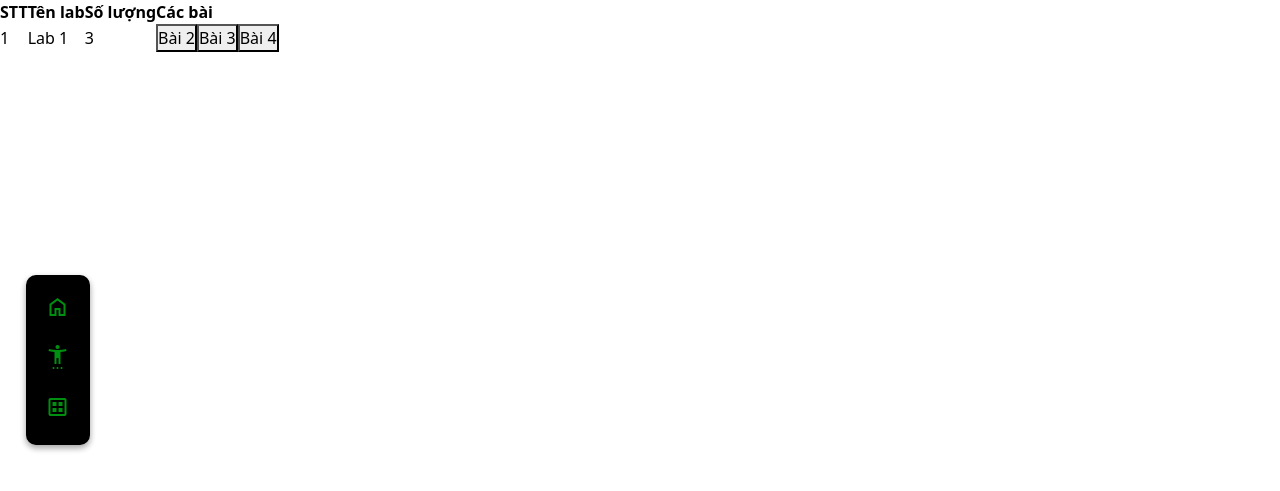
Repository: tuankiet10920/homeworkFEF
Page: /labs
The author's editor kept a copy of each file at every save. The page is drawn from the files as they stood at one save, then again after the next save.
The browser window is 1280 px wide. The pictures show the whole page.
The project was rebuilt for these pictures with package versions that can differ from the ones it lists, and the page was loaded fresh each time. Also part of the build but not shown: vite.config.js, src/components/HelloWorld.vue, src/Labs/Lab1/Bai2.vue, src/views/HomeView.vue.

Above is the page before, as saved 2024-10-22 17:26:48.

### index.html
<!doctype html>
<html lang="en">
  <head>
    <meta charset="UTF-8" />
    <link rel="icon" href="/favicon.ico" />
    <meta name="viewport" content="width=device-width, initial-scale=1.0" />
    <link
      href="https://cdn.jsdelivr.net/npm/bootstrap@5.3.3/dist/css/bootstrap.min.css"
      rel="stylesheet"
      integrity="sha384-QWTKZyjpPEjISv5WaRU9OFeRpok6YctnYmDr5pNlyT2bRjXh0JMhjY6hW+ALEwIH"
      crossorigin="anonymous"
    />
    <link
      rel="stylesheet"
      href="https://fonts.googleapis.com/css2?family=Material+Symbols+Outlined:opsz,wght,FILL,GRAD@20..48,100..700,0..1,-50..200"
    />
    <title>Vite App</title>
    <link rel="stylesheet" href="./src/assets/css/main.css" />
  </head>
  <body>
    <div id="app"></div>
    <script
      src="https://cdn.jsdelivr.net/npm/bootstrap@5.3.3/dist/js/bootstrap.bundle.min.js"
      integrity="sha384-YvpcrYf0tY3lHB60NNkmXc5s9fDVZLESaAA55NDzOxhy9GkcIdslK1eN7N6jIeHz"
      crossorigin="anonymous"
    ></script>
    <script type="module" src="/src/main.js"></script>
  </body>
</html>

### src/assets/css/main.css
* {
  margin: 0;
  padding: 0;
  box-sizing: border-box;
  text-decoration: none;
  color: #000;
  font-size: 16px;
}

### src/App.vue
<script setup>
import { RouterLink, RouterView } from 'vue-router'
import HelloWorld from './components/HelloWorld.vue'
import Icon from './components/Icon.vue'
</script>

<template>
  <header>
    <div class="wrapper">
      <nav>
        <RouterLink to="/">
          <Icon iconName="home" />
        </RouterLink>

        <RouterLink to="/about">
          <Icon iconName="settings_accessibility" />
        </RouterLink>

        <RouterLink to="/labs">
          <Icon iconName="dataset" />
        </RouterLink>
      </nav>
    </div>
  </header>
  <RouterView />
</template>

<style scoped>
.wrapper nav a {
  margin-bottom: 20px;
  width: fit-content;
  text-decoration: none;
}
.wrapper nav a span {
  color: #009011;
}
.wrapper nav a:last-child {
  margin-bottom: 0;
}
nav {
  display: flex;
  flex-direction: column;
  justify-content: center;
  position: absolute;
  top: 50%;
  left: 2%;
  transform: translateY(-50%);
  padding: 20px;
  border-radius: 10px;
  background: #000;
  box-shadow:
    rgba(0, 0, 0, 0.16) 0px 3px 6px,
    rgba(0, 0, 0, 0.23) 0px 3px 6px;
}
</style>

### src/router/index.js
import { createRouter, createWebHistory } from 'vue-router'
import HomeView from '../views/HomeView.vue'

const router = createRouter({
  history: createWebHistory(import.meta.env.BASE_URL),
  routes: [
    {
      path: '/',
      name: 'home',
      component: HomeView,
    },
    {
      path: '/about',
      name: 'about',
      // route level code-splitting
      // this generates a separate chunk (About.[hash].js) for this route
      // which is lazy-loaded when the route is visited.
      component: () => import('../views/AboutView.vue'),
    },
    {
      path: '/labs',
      name: 'labs',
      component: () => import('../views/LabView.vue'),
    },
    // cac bai labs

    // Lab 1
    {
      path: '/bai2lab1',
      name: 'bai2lab1',
      component: () => import('../Labs/Lab1/Bai2.vue'),
    },
    {
      path: '/bai3lab1',
      name: 'bai3lab1',
      component: () => import('../Labs/Lab1/Bai3.vue'),
    },
    {
      path: '/bai4lab1',
      name: 'bai4lab1',
      component: () => import('../Labs/Lab1/Bai4.vue'),
    },
  ],
})

export default router

### src/components/Icon.vue
<script setup>
const props = defineProps(['iconName'])
</script>
<template>
  <span class="material-symbols-outlined"> {{ props.iconName }} </span>
</template>
<style scoped></style>

### src/views/LabView.vue
<script src></script>
<template>
  <div class="labs">
    <table>
      <thead>
        <tr>
          <th>STT</th>
          <th>Tên lab</th>
          <th>Số lượng</th>
          <th>Các bài</th>
        </tr>
      </thead>
      <tbody>
        <tr>
          <td>1</td>
          <td>Lab 1</td>
          <td>3</td>
          <td>
            <RouterLink to="/bai2lab1">
              <button type="button">Bài 2</button>
            </RouterLink>
            <RouterLink to="/bai3lab1">
              <button type="button">Bài 3</button>
            </RouterLink>
            <RouterLink to="/bai4lab1">
              <button type="button">Bài 4</button>
            </RouterLink>
          </td>
        </tr>
      </tbody>
    </table>
  </div>
</template>
<style scoped>
header {
  width: 100%;
  display: flex;
  justify-content: center;
}
nav {
  width: 80%;
  border: 1px solid red;
}
li {
  list-style: none;
}
.li-first {
  padding: 3px 10px;
}
.li-first:first-child {
  padding-left: 0px;
}
.li-first:last-child {
  padding-right: 0px;
}
.ul-first {
  padding-left: 0px;
  display: flex;
  width: 100%;
  justify-content: space-between;
}
</style>

Loaded but not shown: src/main.js (common file)

After the next save:
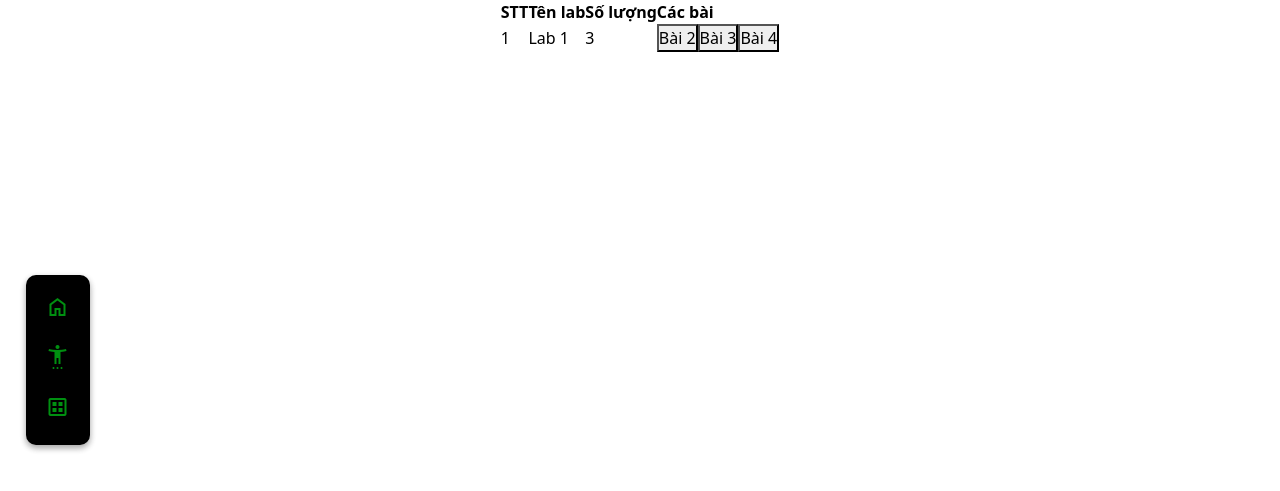
Saved 28 s later.
--- a/src/views/LabView.vue
+++ b/src/views/LabView.vue
@@ -32,31 +32,9 @@
   </div>
 </template>
 <style scoped>
-header {
+.labs {
   width: 100%;
   display: flex;
   justify-content: center;
 }
-nav {
-  width: 80%;
-  border: 1px solid red;
-}
-li {
-  list-style: none;
-}
-.li-first {
-  padding: 3px 10px;
-}
-.li-first:first-child {
-  padding-left: 0px;
-}
-.li-first:last-child {
-  padding-right: 0px;
-}
-.ul-first {
-  padding-left: 0px;
-  display: flex;
-  width: 100%;
-  justify-content: space-between;
-}
 </style>
